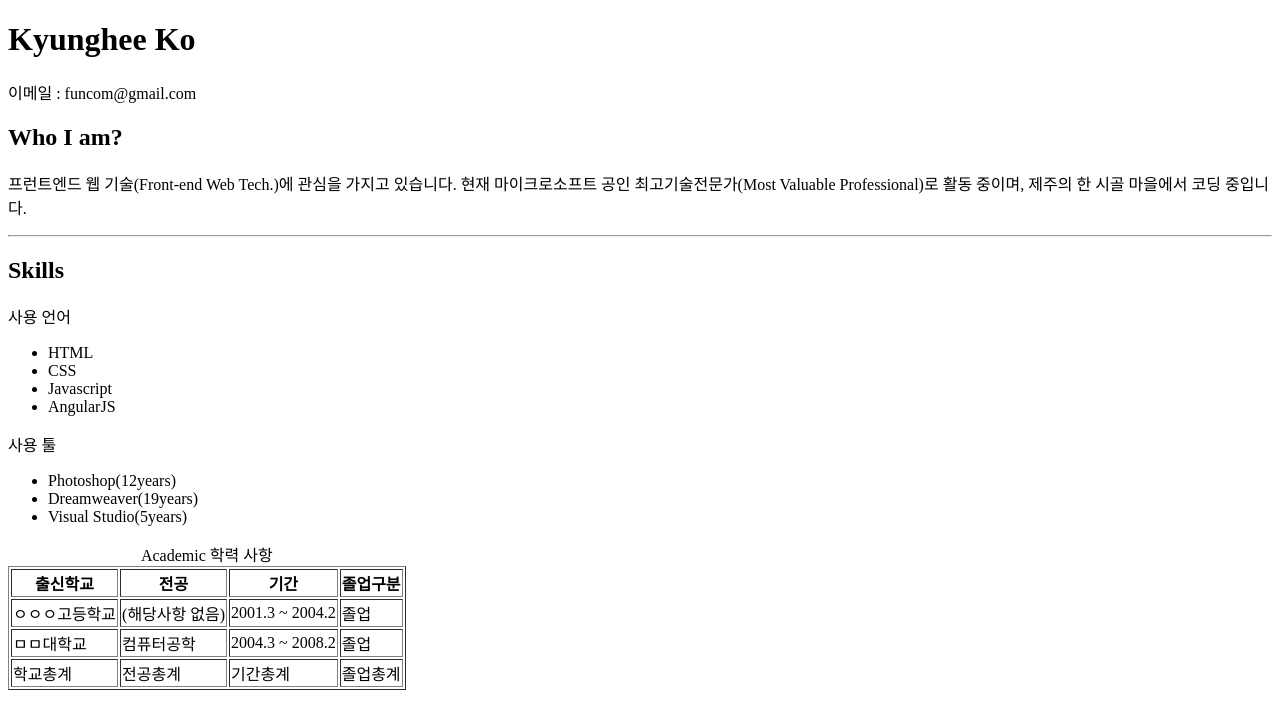
Repository: seulhwangbo/SeulJSP
Page: jspSrc17/webStandard01/src/main/webapp/02/resume.html
These files come from the project's save history. The page is drawn as it stood at one moment and after the next save; the edit follows.
The browser window is 1280 px wide. The pictures show the whole page.

Above is the page before, as saved 2024-06-13 07:45:31.

After the next save:
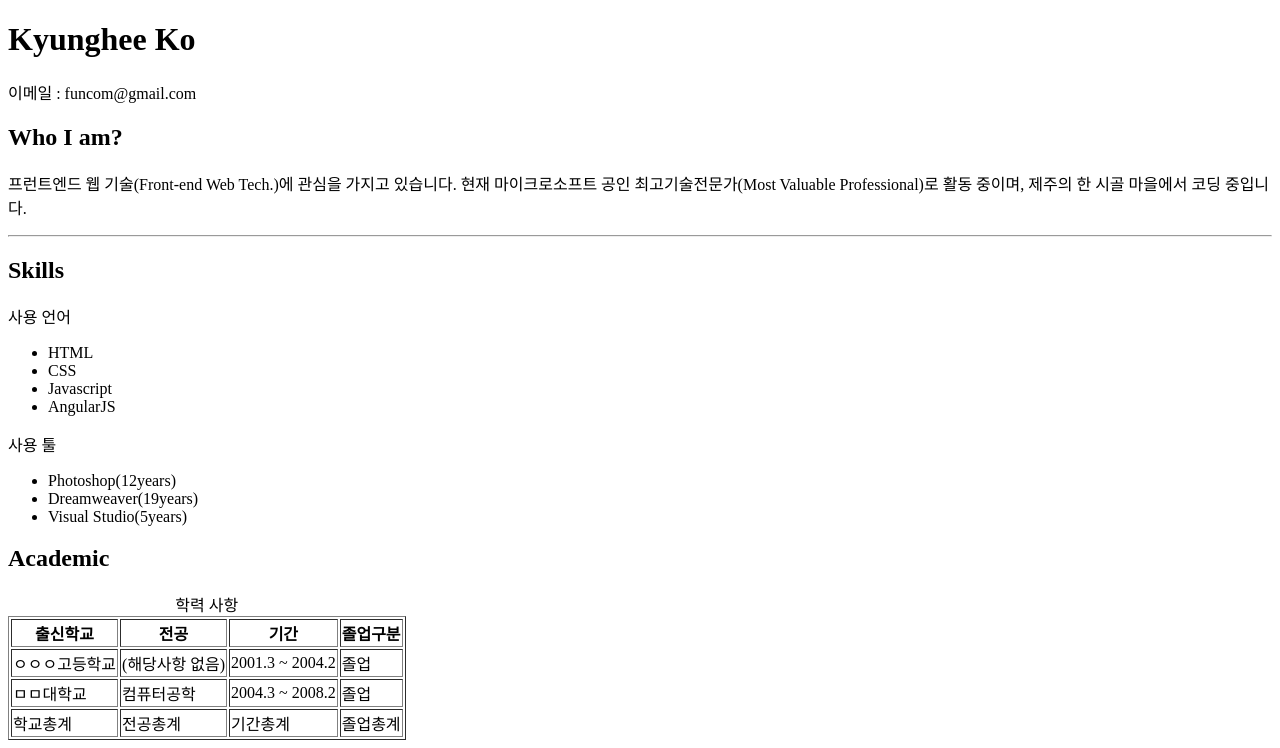
Saved 23 s later.
--- a/jspSrc17/webStandard01/src/main/webapp/02/resume.html
+++ b/jspSrc17/webStandard01/src/main/webapp/02/resume.html
@@ -28,7 +28,8 @@
 		<mark><li>Visual Studio(5years)</li></mark>
 	</ul>
 	<table border="1">
-		<caption>Academic 학력 사항</caption>
+	<h2>Academic</h2>
+		<caption> 학력 사항</caption>
 		<thead>
 			<th>출신학교</th>
 			<th>전공</th>
